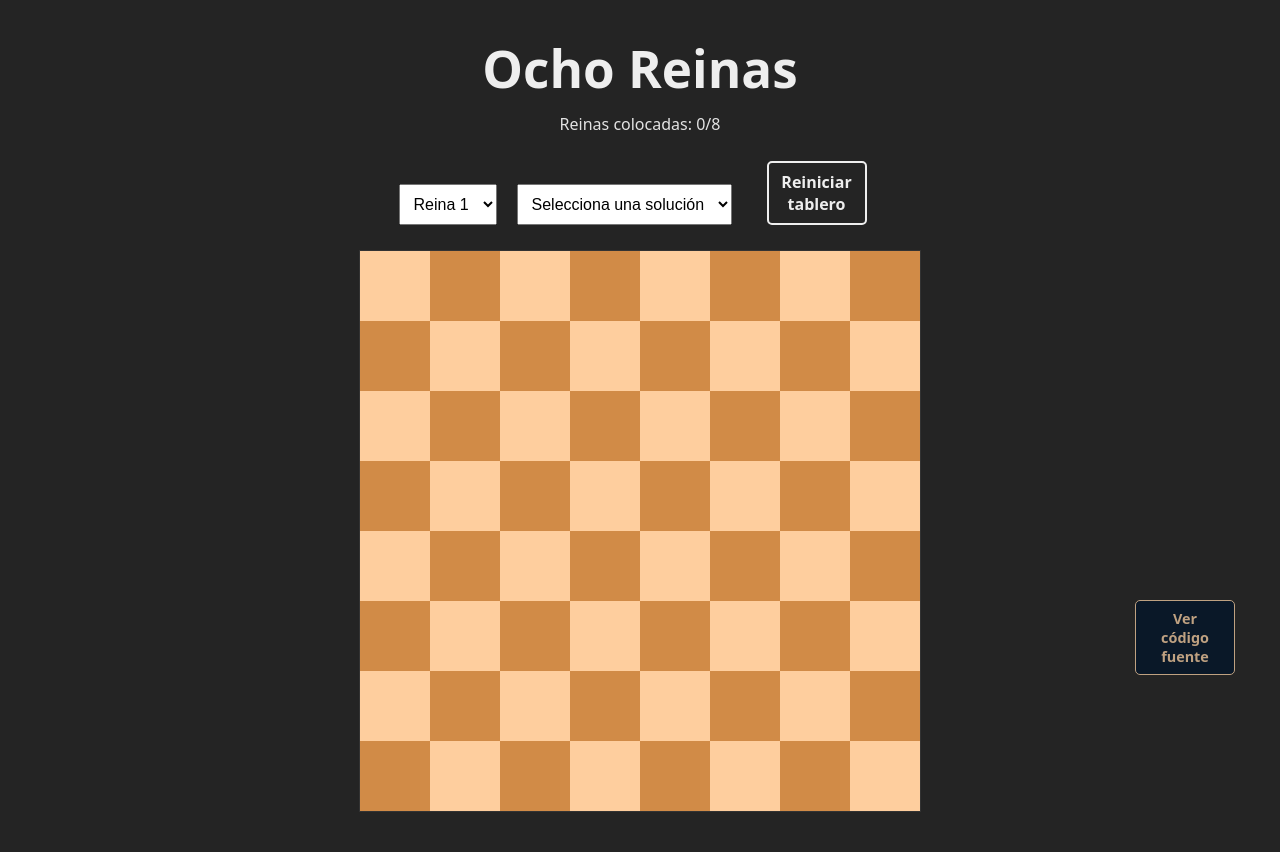
Repository: JoyMoGas/Simulacion
Page: / (app in 01-ocho-reinas/)
An editor plug-in stored every save of this project. The page is shown before and after the next save, followed by the edit.
The browser window is 1280 px wide. The pictures show the whole page.
The project was rebuilt for these pictures with package versions that can differ from the ones it lists, and the page was loaded fresh each time. Also part of the build but not shown: 01-ocho-reinas/vite.config.js.

Above is the page before, as saved 2025-04-29 21:03:05.

### 01-ocho-reinas/index.html
<!doctype html>
<html lang="en">
  <head>
    <meta charset="UTF-8" />
    <link rel="icon" type="image/svg+xml" href="./public/queen1.png" />
    <meta name="viewport" content="width=device-width, initial-scale=1.0" />
    <title>8 Reinas</title>
  </head>
  <body>
    <div id="root"></div>
    <script type="module" src="/src/main.jsx"></script>
  </body>
</html>

### 01-ocho-reinas/src/index.css
:root {
  font-family: system-ui, Avenir, Helvetica, Arial, sans-serif;
  line-height: 1.5;
  font-weight: 400;

  color-scheme: light dark;
  color: rgba(255, 255, 255, 0.87);
  background-color: #242424;

  font-synthesis: none;
  text-rendering: optimizeLegibility;
  -webkit-font-smoothing: antialiased;
  -moz-osx-font-smoothing: grayscale;
}

a {
  font-weight: 500;
  color: #646cff;
  text-decoration: inherit;
}
a:hover {
  color: #535bf2;
}

body {
  margin: 0;
  display: flex;
  place-items: center;
  min-width: 320px;
  min-height: 100vh;
}

h1 {
  color: #178582;
  font-size: 3.2em;
  line-height: 1.1;
}

button {
  border-radius: 8px;
  border: 1px solid transparent;
  padding: 0.6em 1.2em;
  font-size: 1em;
  font-weight: 500;
  font-family: inherit;
  background-color: #1a1a1a;
  cursor: pointer;
  transition: border-color 0.25s;
}
button:hover {
  border-color: #646cff;
}
button:focus,
button:focus-visible {
  outline: 4px auto -webkit-focus-ring-color;
}

@media (prefers-color-scheme: light) {
  :root {
    color: #213547;
    background-color: #ffffff;
  }
  a:hover {
    color: #747bff;
  }
  button {
    background-color: #f9f9f9;
  }
}

.floating-buttons {
  position: fixed;
  bottom: 20px;
  right: 20px;
  display: flex;
  flex-direction: column;
  gap: 10px;
  z-index: 999; /* para que estén por encima de todo */
}

.floating-buttons .btn-pj {
  background-color: #0A1828;
  color: #BFA181;
  border: 1px solid #BFA181;
  padding: 8px 12px;
  font-size: 0.9rem;
  border-radius: 5px;
  cursor: pointer;
  transition: background-color 0.2s;
}

.floating-buttons .btn-pj:hover {
  background-color: #bfa1815a;
  border-color: #f4ab5e;
}

### 01-ocho-reinas/src/App.jsx
import { useState } from 'react'
import './App.css'
import { FontAwesomeIcon } from '@fortawesome/react-fontawesome'
import { faLock } from '@fortawesome/free-solid-svg-icons'

const ROWS = 8
const COLUMNS = 8
const QUEEN_IMAGES = [
  '/queen1.png',
  '/queen2.png',
  '/queen3.png',
]

const solutions = [
  [
    [0, 0], [1, 4], [2, 7], [3, 5], [4, 2], [5, 3], [6, 6], [7, 1],
  ],
  [
    [0, 1], [1, 3], [2, 5], [3, 7], [4, 2], [5, 4], [6, 6], [7, 0],
  ],
  [
    [0, 3], [1, 6], [2, 0], [3, 4], [4, 7], [5, 1], [6, 5], [7, 2],
  ],
]

function App() {
  const [board, setBoard] = useState(
    Array.from({ length: ROWS }, () => Array(COLUMNS).fill(false))
  )
  const [highlightedCells, setHighlightedCells] = useState([])
  const [blockedCells, setBlockedCells] = useState(
    Array.from({ length: ROWS }, () => Array(COLUMNS).fill(false))
  )
  const [queenImage, setQueenImage] = useState(QUEEN_IMAGES[0])

  const getThreatenedCells = (r, c) => {
    const threatened = []
    for (let i = 0; i < 8; i++) {
      threatened.push([r, i])
      threatened.push([i, c])
      if (r + i < 8 && c + i < 8) threatened.push([r + i, c + i])
      if (r - i >= 0 && c + i < 8) threatened.push([r - i, c + i])
      if (r - i >= 0 && c - i >= 0) threatened.push([r - i, c - i])
      if (r + i < 8 && c - i >= 0) threatened.push([r + i, c - i])
    }
    return threatened
  }

  const updateBlockedCells = (board) => {
    const newBlocked = Array.from({ length: 8 }, () => Array(8).fill(false))
    board.forEach((row, r) =>
      row.forEach((hasQueen, c) => {
        if (hasQueen) {
          const threatened = getThreatenedCells(r, c)
          threatened.forEach(([tr, tc]) => {
            if (!board[tr][tc]) {
              newBlocked[tr][tc] = true
            }
          })
        }
      })
    )
    setBlockedCells(newBlocked)
  }

  const updateBoard = (rowIndex, colIndex) => {
    setBoard(prevBoard => {
      const newBoard = prevBoard.map(row => [...row])
      const hasQueen = newBoard[rowIndex][colIndex]
      const currentQueenCount = prevBoard.flat().filter(Boolean).length

      if (hasQueen) {
        newBoard[rowIndex][colIndex] = false
      } else if (!blockedCells[rowIndex][colIndex] && currentQueenCount < 8) {
        newBoard[rowIndex][colIndex] = true
      }

      updateBlockedCells(newBoard)
      return newBoard
    })
  }

  const handleMouseEnter = (r, c) => {
    if (blockedCells[r][c]) return
    const newHighlights = getThreatenedCells(r, c)
    setHighlightedCells(newHighlights)
  }

  const handleMouseLeave = () => {
    setHighlightedCells([])
  }

  const queenCount = board.flat().filter(Boolean).length

  const isHighlighted = (r, c) =>
    highlightedCells.some(([hr, hc]) => hr === r && hc === c)

  const isBlocked = (r, c) => blockedCells[r][c]

  const resetBoard = () => {
    setBoard(Array.from({ length: ROWS }, () => Array(COLUMNS).fill(false)))
    setBlockedCells(Array.from({ length: ROWS }, () => Array(COLUMNS).fill(false)))
    setHighlightedCells([])
  }

  const applySolution = (solution) => {
    const newBoard = Array.from({ length: ROWS }, () => Array(COLUMNS).fill(false))
    solution.forEach(([r, c]) => {
      newBoard[r][c] = true
    })
    setBoard(newBoard)
    updateBlockedCells(newBoard)
  }

  const changeQueenImage = (imageIndex) => {
    setQueenImage(QUEEN_IMAGES[imageIndex])
  }

  return (
    <main className='board'>
      <h1>Ocho Reinas</h1>
      <p>Reinas colocadas: {queenCount}/8</p>

      <div className='toolbar'>
        <div className='dropdowns'>
          <select onChange={(e) => changeQueenImage(e.target.value)}>
            <option value="0">Reina 1</option>
            <option value="1">Reina 2</option>
            <option value="2">Reina 3</option>
          </select>

          <select onChange={(e) => applySolution(solutions[e.target.value])}>
            <option value="">Selecciona una solución</option>
            <option value="0">Solución 1</option>
            <option value="1">Solución 2</option>
            <option value="2">Solución 3</option>
          </select>

          <button className='reset-btn' onClick={resetBoard}>Reiniciar tablero</button>
        </div>


      </div>

      <section className='game'>
        {board.map((row, rowIndex) => (
          <div key={rowIndex} className='row'>
            {row.map((hasQueen, colIndex) => {
              const isDark = (rowIndex + colIndex) % 2 === 1
              const baseClass = `cell ${isDark ? 'dark' : 'light'}`
              const cellClass = isHighlighted(rowIndex, colIndex)
                ? `${baseClass} highlight`
                : baseClass

              return (
                <div
                  key={colIndex}
                  className={cellClass}
                  onClick={() => updateBoard(rowIndex, colIndex)}
                  onMouseEnter={() => handleMouseEnter(rowIndex, colIndex)}
                  onMouseLeave={handleMouseLeave}
                >
                  {hasQueen && (
                    <img src={queenImage} alt='Reina' className='queen' />
                  )}
                  {!hasQueen && isBlocked(rowIndex, colIndex) && (
                    <FontAwesomeIcon icon={faLock} className='lock-icon' />
                  )}
                </div>
              )
            })}
          </div>
        ))}
      </section>

      <div className='floating-buttons'>
        <a href='https://github.com/JoyMoGas/Simulacion/tree/main/01-ocho-reinas' target="_blank" rel="noopener noreferrer">
          <button className='btn-pj'>
            <p>Ver código fuente</p>
          </button>
        </a>
      </div>
    </main>
  )
}

export default App

### 01-ocho-reinas/src/App.css
:root {
  font-family: system-ui, -apple-system, BlinkMacSystemFont, 'Segoe UI', Roboto, Oxygen, Ubuntu, Cantarell, 'Open Sans', 'Helvetica Neue', sans-serif;
  font-size: 16px;
  line-height: 24px;
  font-weight: 400;

  color-scheme: light dark;
  color: rgba(255, 255, 255, 0.87);
  background-color: #242424;

  font-synthesis: none;
  text-rendering: optimizeLegibility;
  -webkit-font-smoothing: antialiased;
  -moz-osx-font-smoothing: grayscale;
  -webkit-text-size-adjust: 100%;
}

body {
  margin: 0;
  display: flex;
  justify-content: center;
  min-width: 320px;
  min-height: 100vh;
}

* {
  padding: 0;
  margin: 0;
  box-sizing: border-box;
}

.board {
  width: fit-content;
  margin: 40px auto;
  text-align: center;
}

.board h1 {
  color: #eee;
  margin-bottom: 16px;
}

.board button {
  padding: 8px 12px;
  margin: 25px;
  background: transparent;
  border: 2px solid #eee;
  color: #eee;
  width: 100px;
  border-radius: 5px;
  transition: 0.2s;
  font-weight: bold;
  cursor: pointer;
}

.board button:hover {
  background: #eee;
  color: #222;
}

.cell:hover {
  cursor: pointer;
}

.board {
  display: flex;
  flex-direction: column;
  align-items: center;
}

.game {
  display: flex;
  flex-direction: column;
  border: 1px solid #333;
}

.row {
  display: flex;
}

.cell {
  width: 70px;
  height: 70px;
  font-size: 2rem;
  display: flex;
  justify-content: center;
  align-items: center;
  cursor: pointer;
}

.light {
  background-color: #fece9e; /* #f0d9b5 color claro #fece9e */
}

.dark {
  background-color: #d18b47; /* #b58863 color oscuro #d18b47 */
}

.cell.highlight {
  background-color: red !important;
  outline: 1px solid #333;
}

.lock-icon {
  color: #444;
  font-size: 20px;
  pointer-events: none;
}


.queen {
  max-width: 50px;
  max-height: 50px;
  object-fit: contain;
  pointer-events: none;
}

select {
  padding: 10px;
  font-size: 16px;
  margin: 10px;
}

button {
  margin: 10px;
  padding: 10px;
  font-size: 16px;
  cursor: pointer;
}

Loaded but not shown: 01-ocho-reinas/src/main.jsx (common file)

After the next save:
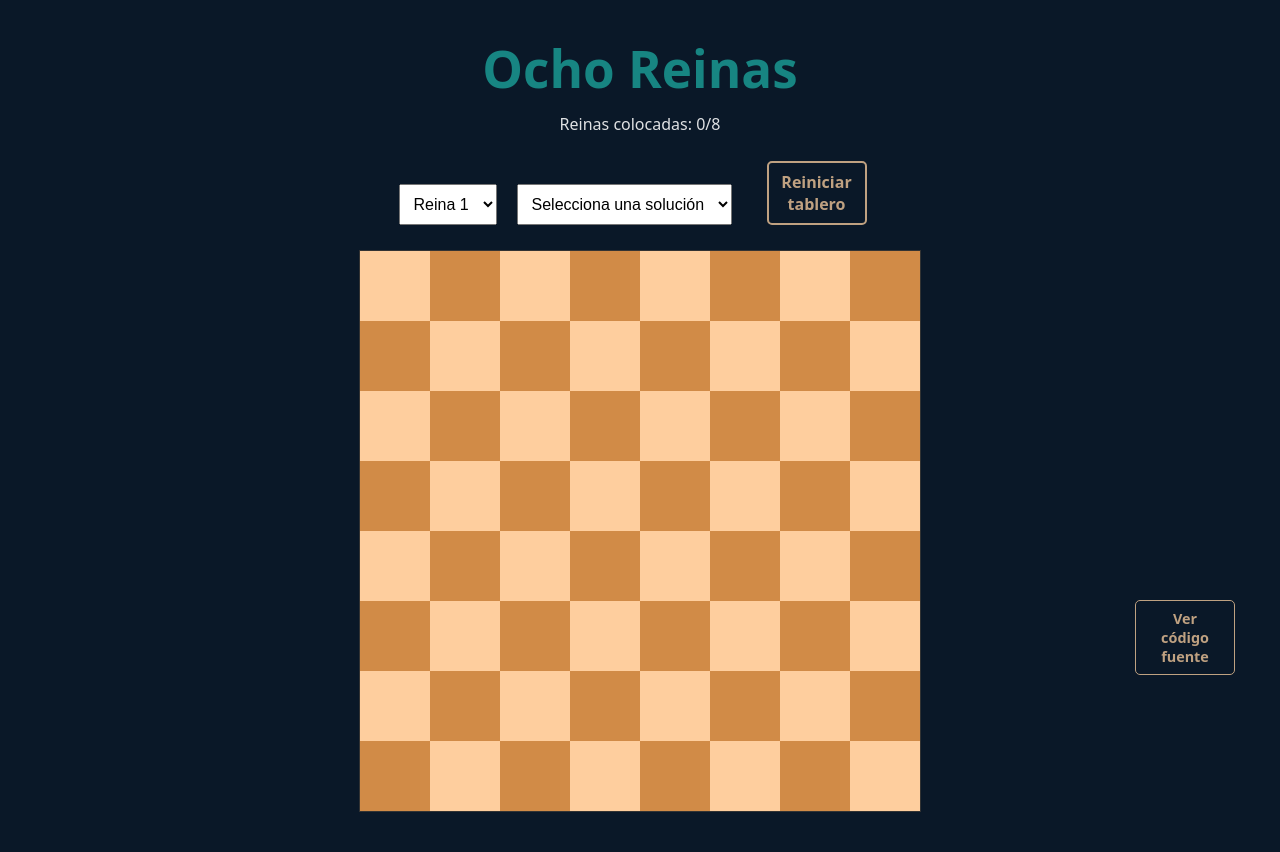
Saved 89 s later.
--- a/01-ocho-reinas/src/App.css
+++ b/01-ocho-reinas/src/App.css
@@ -6,7 +6,7 @@
 
   color-scheme: light dark;
   color: rgba(255, 255, 255, 0.87);
-  background-color: #242424;
+  background-color: #0A1828;
 
   font-synthesis: none;
   text-rendering: optimizeLegibility;
@@ -36,7 +36,7 @@ body {
 }
 
 .board h1 {
-  color: #eee;
+  color: #178582;
   margin-bottom: 16px;
 }
 
@@ -44,8 +44,8 @@ body {
   padding: 8px 12px;
   margin: 25px;
   background: transparent;
-  border: 2px solid #eee;
-  color: #eee;
+  border: 2px solid #BFA181;
+  color: #BFA181;
   width: 100px;
   border-radius: 5px;
   transition: 0.2s;
@@ -54,8 +54,8 @@ body {
 }
 
 .board button:hover {
-  background: #eee;
-  color: #222;
+  background: #bfa1815a;
+  color: #f4ab5e;
 }
 
 .cell:hover {
